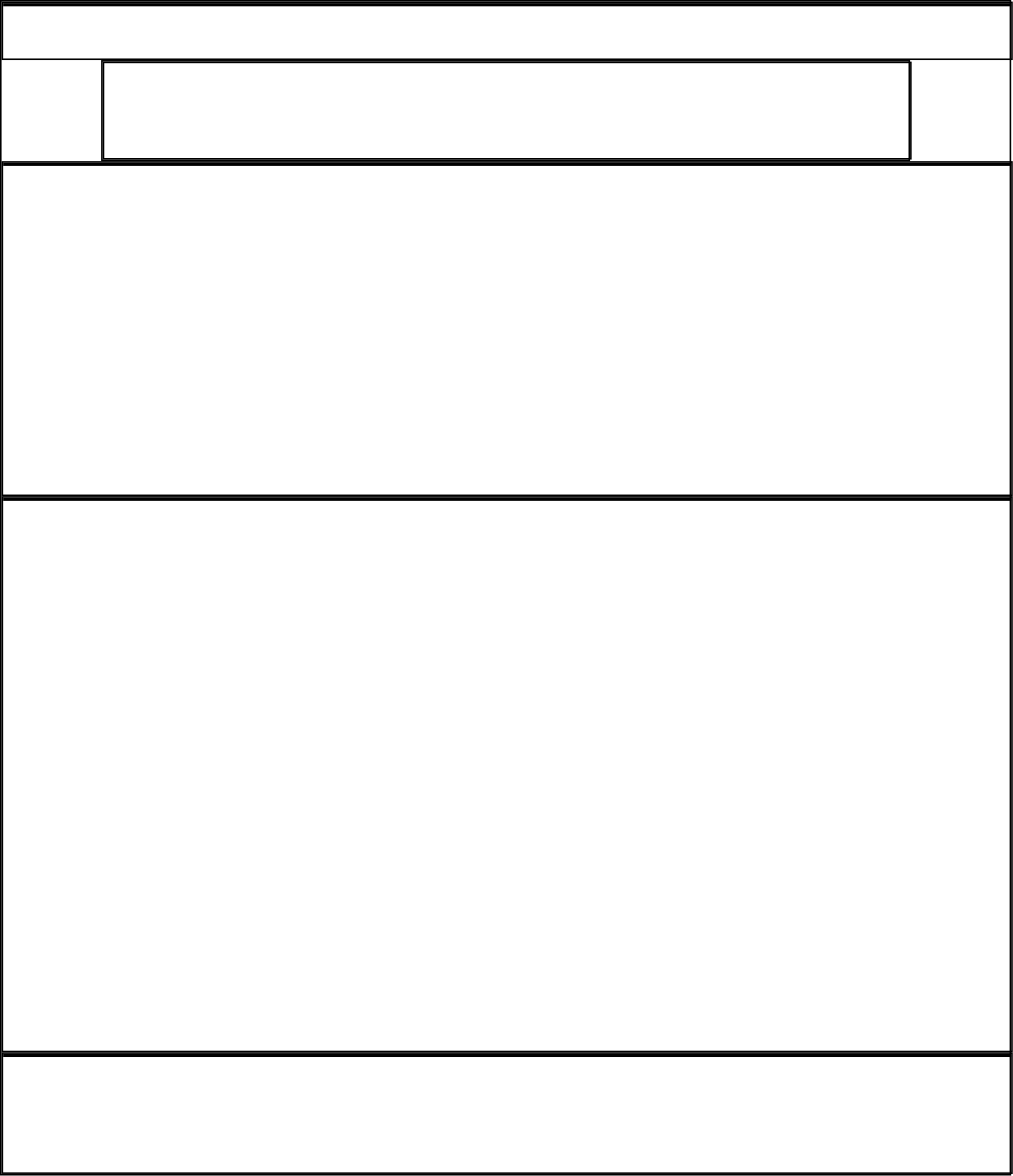
Repository: JHooniie/mini-Project
Page: http://localhost/Project-UIUX/index.jsp
The author's editor kept a copy of each file at every save. The page is drawn from the files as they stood at one save, then again after the next save.
The browser window is 1280 px wide. The page is 1282 px wide, so the pictures cover 1282 px, including what lies to the right of the window. The pictures show the whole page, at 79% of full size.
The page is served by Tomcat 9.

Above is the page before, as saved 2022-07-02 08:32:24.

After the next save:
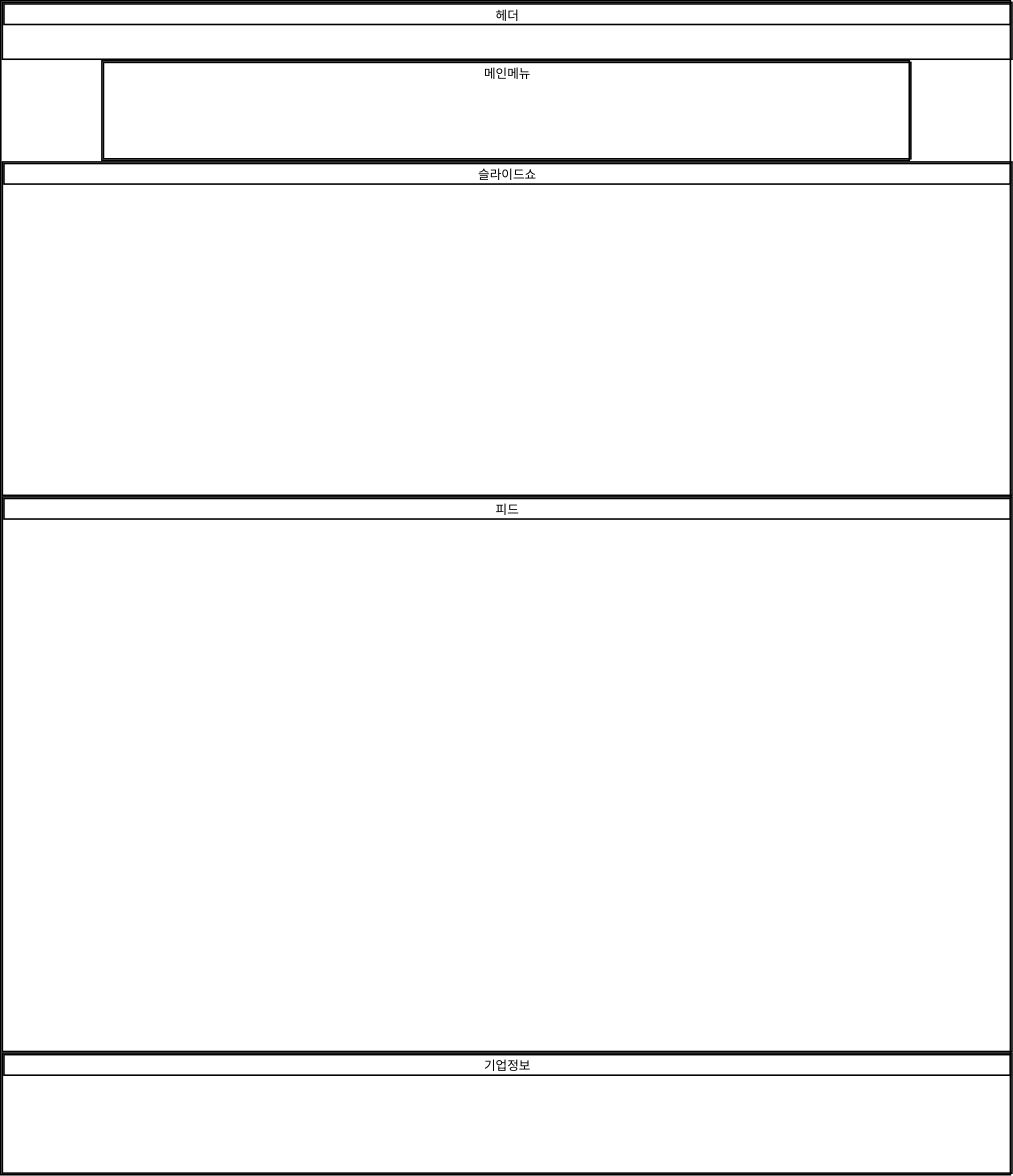
Saved 58 s later.
--- a/Project-UIUX/src/main/webapp/index.jsp
+++ b/Project-UIUX/src/main/webapp/index.jsp
@@ -17,17 +17,17 @@
 	<header>
 		<div id="top-headBox">
 			<div>
-
+			헤더
 			</div>
 	 	</div>
 	</header>
 	 <nav>
 		<div id="menuBox">
 			<div id="mainMenuBox">
-
+			메인메뉴
 			</div>
 			<div id="subMenuBox">
-
+			서브메뉴
 			</div>
 	 	</div>
 	 </nav>
@@ -35,14 +35,14 @@
 	 	<article>
 		<div id="slideBox">
 			<div>
-
+			슬라이드쇼
 			</div>
 	 	</div>
 	 	</article>
 	 	<article>
 		<div id="feed">
 			<div>
-
+			피드
 			</div>
 	 	</div>
 	 	</article>
@@ -50,7 +50,7 @@
 	 <footer>
 	 	<div id="ent-info">
 			<div>
-
+			기업정보
 			</div>
 	 	</div>
 	 </footer>
